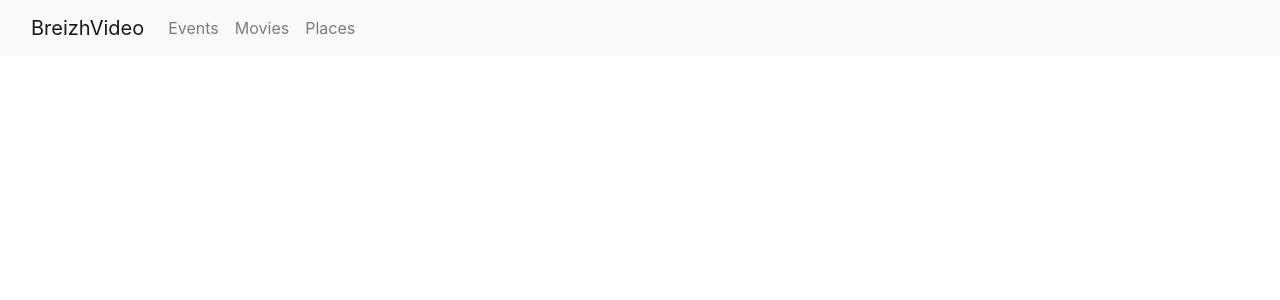
Repository: romgrm/Hackaton_BreizhVideo_FRONT
Page: /Events
The author's editor kept a copy of each file at every save. The page is drawn from the files as they stood at one save, then again after a run of saves.
The browser window is 1280 px wide. The pictures show the whole page.
The page's requests for data from a server got no answer. Some web libraries are served in a nearby version. The project was rebuilt for these pictures with package versions that can differ from the ones it lists, and the page was loaded fresh each time. No one was signed in, and anything a server would have sent is missing. Also part of the build but not shown: src/Components/Films.js, src/Components/Village.js.

Above is the page before, as saved 2020-12-21 19:57:05.

### public/index.html
<!DOCTYPE html>
<html lang="en">
  <head>
    <meta charset="utf-8" />
    <link rel="icon" href="%PUBLIC_URL%/favicon.ico" />
    <meta name="viewport" content="width=device-width, initial-scale=1" />
    <meta name="theme-color" content="#000000" />
    <meta
      name="description"
      content="Web site created using create-react-app"
    />
    <link rel="apple-touch-icon" href="%PUBLIC_URL%/logo192.png" />

    <link rel="manifest" href="%PUBLIC_URL%/manifest.json" />

    <title>React App</title>
  </head>
  <body>
    <noscript>You need to enable JavaScript to run this app.</noscript>
    <div id="root"></div>
    <script src="https://kit.fontawesome.com/f66925acc9.js" crossorigin="anonymous"></script>
  </body>
</html>

### src/index.js
import React from 'react';
import ReactDOM from 'react-dom';
import App from './App';
import {BrowserRouter} from 'react-router-dom'


ReactDOM.render(
  <BrowserRouter>
    <App />
  </BrowserRouter>,
  document.getElementById('root')
);

### src/App.js
import bootstrap from '../node_modules/bootstrap/dist/css/bootstrap.min.css'
import Header from './Components/Header'
import {Switch, Route} from 'react-router-dom'
import Films from './Components/Films'
import Events from './Components/Events';
import Village from './Components/Village';


function App() {
  return (
    <>
    <Header />
    <Switch>
      <Route path="/Events" component={Events} />
      <Route path="/Movies" component={Films} />
      <Route path="/Places" component={Village} />
      <Route path="/" />
    </Switch>
    </>
  );
}

export default App;

### src/Components/Header.js
import React from 'react'
import {Link} from 'react-router-dom'

export default function Header() {
    return (
        <nav className="navbar navbar-expand-lg navbar-light bg-light">
  <div className="container-fluid">
    <Link className="navbar-brand" to="/">BreizhVideo</Link>
    <button className="navbar-toggler" type="button" data-bs-toggle="collapse" data-bs-target="#navbarNav" aria-controls="navbarNav" aria-expanded="false" aria-label="Toggle navigation">
      <span className="navbar-toggler-icon"></span>
    </button>
    <div className="collapse navbar-collapse" id="navbarNav">
      <ul className="navbar-nav">
        <li className="nav-item">
          <Link className="nav-link" to="/Events">Events</Link>
        </li>
        <li className="nav-item">
          <Link className="nav-link" to="/Movies">Movies</Link>
        </li>
        <li className="nav-item">
          <Link className="nav-link" to="/Places">Places</Link>
        </li>
      </ul>
    </div>
  </div>
</nav>
    )
}

### src/Components/Events.js
import React, {useState, useEffect} from 'react'
import axios from 'axios'

export default function Events() {

    const [event, setEvent] = useState([]);

    useEffect(() => {

        async function fetchData() {

            const url1 = await axios('http://localhost:8080/Preference');
            setEvent(url1.data)
            console.log(event)
        }

        fetchData();
    }, []);

    return (
        <div className="container-fluid text-center ">
            <div>

            </div>
            {event.map((current) => (
                <h1 key={current.id}> Passage à , le {current.vote}</h1>
            ))}
        </div>
    )
}

After the next 2 saves:
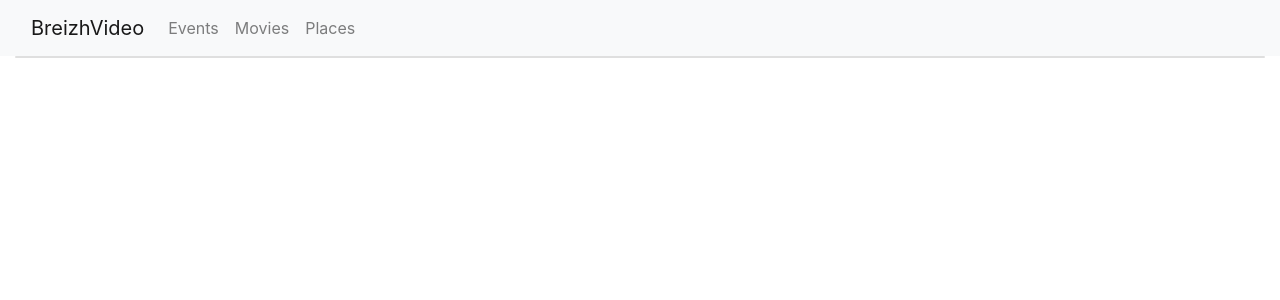
The 2 saves are shown as one change because they came seconds apart.
The last was saved 7 s later.
--- a/src/Components/Events.js
+++ b/src/Components/Events.js
@@ -19,7 +19,7 @@
 
     return (
         <div className="container-fluid text-center ">
-            <div>
+            <div className="card">
 
             </div>
             {event.map((current) => (

After the save that followed:
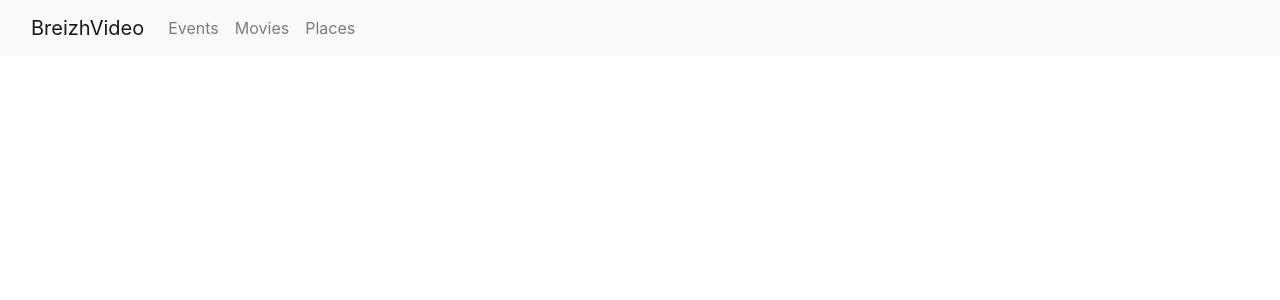
Saved 9 s later.
--- a/src/Components/Events.js
+++ b/src/Components/Events.js
@@ -19,7 +19,7 @@
 
     return (
         <div className="container-fluid text-center ">
-            <div className="card">
+            <div className="card-body">
 
             </div>
             {event.map((current) => (
